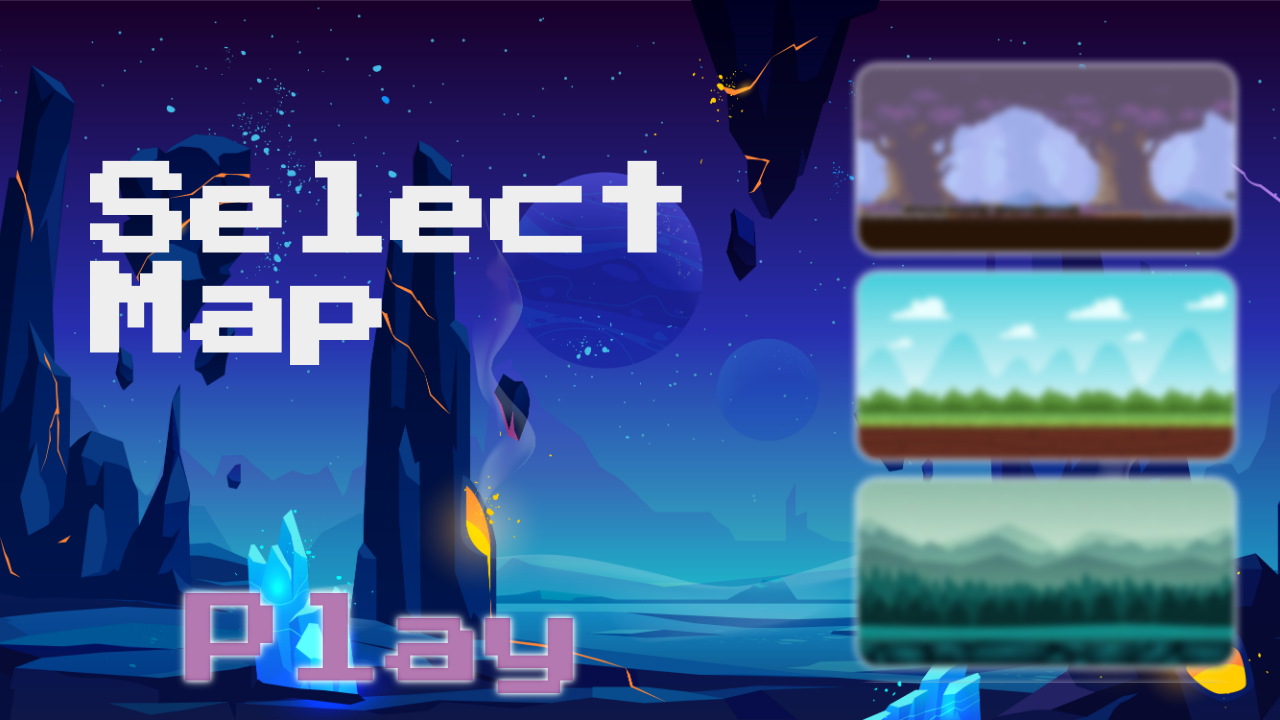
Repository: Gaurav31052/Fighting-game
Page: home.html
An editor plug-in stored every save of this project. The page is shown before and after the next save, followed by the edit.
The browser window is 1280 px wide. The pictures show the whole page.
An inner scrolling area shows only its first screen.

Above is the page before, as saved 2024-06-06 23:29:22.

### home.html
<!DOCTYPE html>
<html lang="en">

<head>
    <meta charset="UTF-8">
    <meta name="viewport" content="width=device-width, initial-scale=1.0">
    <title>Document</title>
    <link href="https://fonts.googleapis.com/css2?family=Press+Start+2P&display=swap" rel="stylesheet">
    <link rel="stylesheet" href="style.css">
</head>

<body>


    <!-- carousel -->
    <div class="carousel">
        <!-- list item -->
        <div class="list">
            <div class="item">

                <div class="MapName">
                   <h1 id="name">Select Map</h1>
                </div>

                <img id="mainbox" src="img/home.jpg" alt="">

                <button id="btn"><a href='game.html'>Play</a></button>
            </div>

        </div>


        <!-- list thumnail -->
        <div class="thumbnail" id="about">

            <div class="item" id="bg1"><img class="myimg" src="./img/background1.jpg" alt=""></div>
            <div class="item" id="bg2"><img class="myimg" src="./img/background2.jpg" alt=""></div>
            <div class="item" id="bg3"><img class="myimg" src="./img/background3.jpg" alt=""></div>
            <div class="item" id="bg4"><img class="myimg" src="./img/background4.jpg" alt=""></div>
            <div class="item" id="bg5"><img class="myimg" src="./img/background5.jpg" alt=""></div>
            <div class="item" id="bg6"><img class="myimg" src="./img/background6.jpg" alt=""></div>
            <!-- <div class="item"><img src="img/background.jpg" alt=""></div>
                <div class="item"><img src="img/background.jpg" alt=""></div>
                <div class="item"><img src="img/background.jpg" alt=""></div>
                <div class="item"><img src="img/background.jpg" alt=""></div>
                <div class="item"><img src="img/background.jpg" alt=""></div> -->

        </div>


    </div>

    <script src="home.js"></script>

</body>

</html>

### style.css

body {
    margin: 0;
    background-color: #000;
    color: #eee;
    font-family: Poppins;
    font-size: 12px;
    overflow: hidden;
}

a {
    text-decoration: none;
    color: #8b2c84a2;
}

/* carousel */
.carousel {
    height: 100vh;
    width: 100vw;
    overflow: hidden;
    position: relative;
}

.carousel .list .item {
    width: 100%;
    height: 100%;
    position: absolute;
    inset: 0 0 0 0;

}

.carousel .list .item img {
    width: 100%;
    height: 100%;
    object-fit: cover;

}

.carousel .list .item button {

    position: absolute;
    top: 68.5%;
    left: 14%;
    font-size: 100px;
    font-family: "Press Start 2P", system-ui;
    text-align: center;
    padding-top: 100px;
    text-shadow: 0 0 10px #fff, 0 0 5px #fff;
    background: transparent;
    border: none;
}

.MapName {
    /* background: red; */
    position: absolute;
    height: 130px;
    width: 830px;
    top: 200px;
    left: 90px;
    display: flex;
    justify-content: space-around;
    align-items: center;
    font-family: "Press Start 2P", system-ui;
}
.MapName>h1{
    font-size: 100px;
}



/* thumbail */
.thumbnail {
    position: absolute;
    top: 6%;
    left: 65%;
    width: max-content;
    z-index: 100;
    gap: 15px;
    width: 460px;
    height: 615px;
    overflow: scroll;
    padding: 5px;
    padding-top: 20px;

    scroll-behavior: initial;
    display: flex;
    flex-direction: column;
    align-items: center;

}

.thumbnail .item {
    width: fit-content;
    flex-shrink: 0;
    position: relative;
    list-style-type: none;
    padding: 3px;
}

#about {
    scrollbar-width: none;
}

.thumbnail .item img {
    width: 90%;
    height: 100%;
    object-fit: cover;
    border-radius: 20px;
    box-shadow: 0 0 5px #fff, 0 0 5px #fff, 0 0 5px #fff, 0 0 5px #fff;
}

.myimg {
    filter: blur(3px);
}

.myimg:hover {
    filter: none;
    scale: 1.1;
    transition: 0.5s ease-in;
}

#leftimg {
    scale: 4;
}

#rightimg {
    scale: 3;
}

### home.js
let userchoice;

const setmap = document.getElementById("mainbox");
const choices = document.querySelectorAll(".myimg");
choices.forEach((e) => {
    e.addEventListener("click", () => {
        userchoice = e.getAttribute("src");
        setmap.src = userchoice;
        localStorage.setItem(1,userchoice);
        console.log(userchoice);
        if(userchoice === "./img/background1.jpg"){
            document.getElementById('name').innerHTML = "Bloom";
        }
        else if(userchoice === "./img/background2.jpg"){
            document.getElementById('name').innerHTML = "Skyris";
        }
        else if(userchoice === "./img/background3.jpg"){
            document.getElementById('name').innerHTML = "Night Hawl";
        }
        else if(userchoice === "./img/background4.jpg"){
            document.getElementById('name').innerHTML = "Caves";
        }
        else if(userchoice === "./img/background5.jpg"){
            document.getElementById('name').innerHTML = "Bind";
        }
        else if(userchoice === "./img/background6.jpg"){
            document.getElementById('name').innerHTML = "Forest";
        }
    })
});

var home_music =new Audio("./audio/background sound.mp3");
home_music.play();
home_music.loop=true;
home_music.volume=0.1;

After the next save:
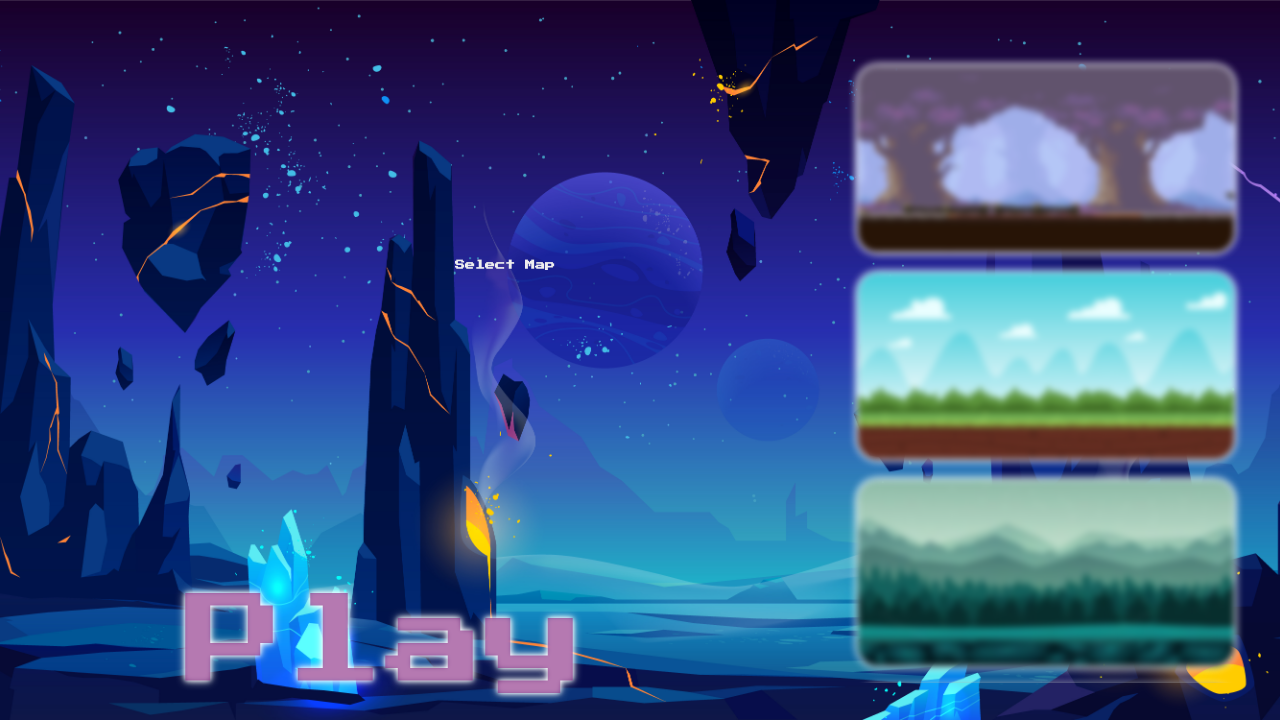
Saved 10 s later.
--- a/style.css
+++ b/style.css
@@ -63,7 +63,7 @@ a {
     font-family: "Press Start 2P", system-ui;
 }
 .MapName>h1{
-    font-size: 100px;
+    font-size: 10px;
 }
 
 
